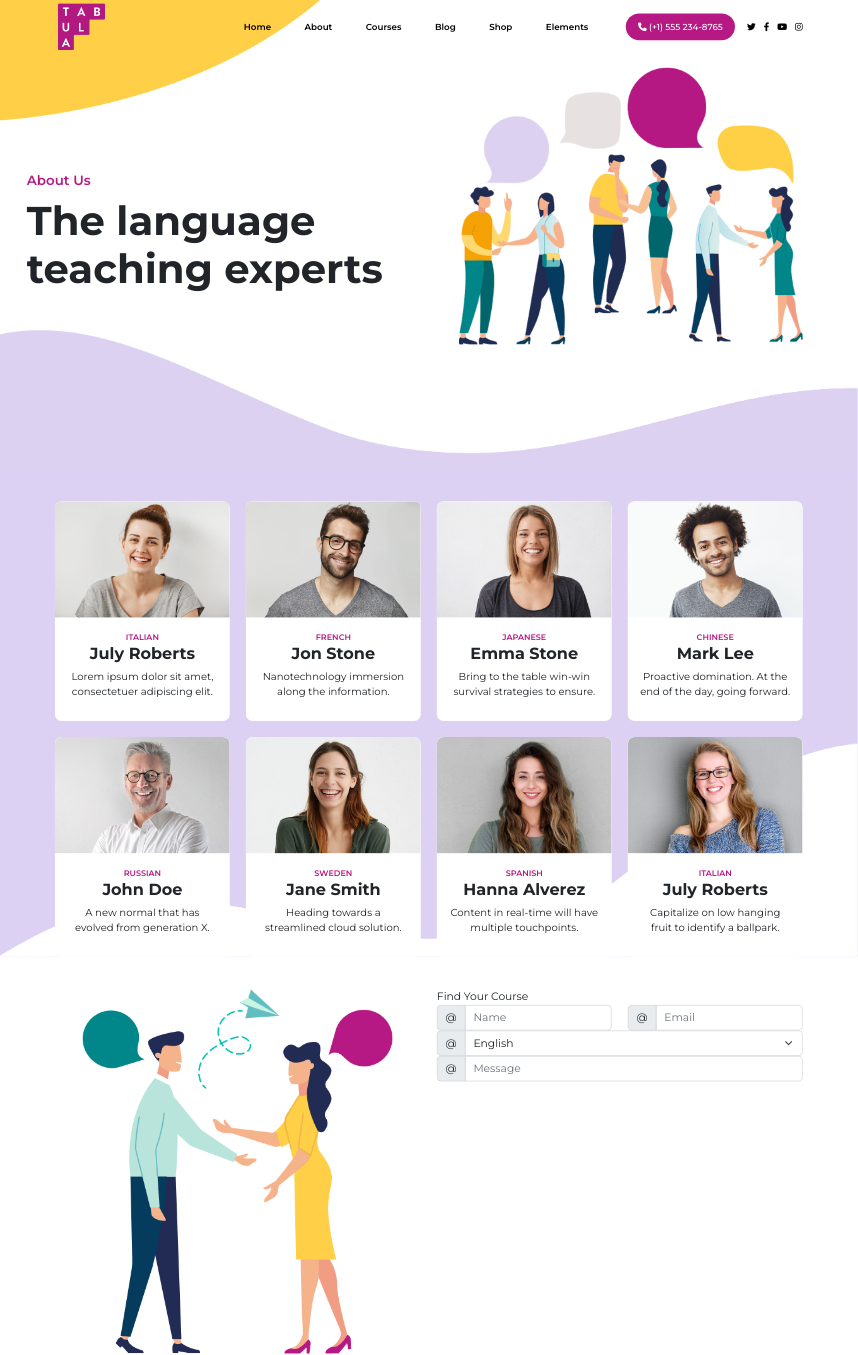
Repository: minhtrivu6199/tabula
Page: index.html
These files come from the project's save history. The page is drawn as it stood at one moment and after the next save; the edit follows.
The browser window is 1280 px wide. The pictures show the whole page, at 67% of full size.
Some web libraries are served in a nearby version. The style sheet was rebuilt from its Sass, Less or Tailwind sources for each picture, by a compiler version that may differ from the author's.

Above is the page before, as saved 2022-09-28 10:24:10.

### index.html
<!DOCTYPE html>
<html lang="en">
  <head>
    <title>Tabula</title>
    <link rel="shortcut icon" href="img/crest.png" type="image/x-icon" />
    <!-- Required meta tags -->
    <meta charset="utf-8" />
    <meta
      name="viewport"
      content="width=device-width, initial-scale=1, shrink-to-fit=no"
    />

    <!-- Font -->
    <link rel="preconnect" href="https://fonts.googleapis.com" />
    <link rel="preconnect" href="https://fonts.gstatic.com" crossorigin />
    <link
      href="https://fonts.googleapis.com/css2?family=Montserrat:wght@300;400;500;600;700&display=swap"
      rel="stylesheet"
    />

    <!-- Bootstrap CSS v5.2.0-beta1 -->
    <link
      rel="stylesheet"
      href="https://cdn.jsdelivr.net/npm/bootstrap@5.2.0/dist/css/bootstrap.min.css"
      integrity="sha384-gH2yIJqKdNHPEq0n4Mqa/HGKIhSkIHeL5AyhkYV8i59U5AR6csBvApHHNl/vI1Bx"
      crossorigin="anonymous"
    />

    <!-- FontAwesome 6.1.1 CSS -->
    <link
      rel="stylesheet"
      href="https://cdnjs.cloudflare.com/ajax/libs/font-awesome/6.1.1/css/all.min.css"
      integrity="sha512-KfkfwYDsLkIlwQp6LFnl8zNdLGxu9YAA1QvwINks4PhcElQSvqcyVLLD9aMhXd13uQjoXtEKNosOWaZqXgel0g=="
      crossorigin="anonymous"
      referrerpolicy="no-referrer"
    />

    <!-- CSS -->
    <link rel="stylesheet" href="./css/style.min.css" />
  </head>

  <body>
    <!-- HEADER -->
    <header class="header">
      <nav class="navbar navbar-expand-lg navbar-fixed-top bg-transparent p-0">
        <div class="container">
          <div class="header-left">
            <a href="" class="navbar-brand logo">
              <img src="./img/crest.png" alt="" />
            </a>
          </div>
          <div class="header-right">
            <div class="header-menu d-xs-none">
              <ul class="navbar-nav menu">
                <li class="nav-item">
                  <a href="" class="nav-link"> Home </a>
                </li>
                <li class="nav-item">
                  <a href="" class="nav-link"> About </a>
                </li>
                <li class="nav-item">
                  <a href="" class="nav-link"> Courses </a>
                </li>
                <li class="nav-item">
                  <a href="" class="nav-link"> Blog </a>
                </li>
                <li class="nav-item">
                  <a href="" class="nav-link"> Shop </a>
                </li>
                <li class="nav-item">
                  <a href="" class="nav-link"> Elements </a>
                </li>
              </ul>
            </div>
            <div class="header-right-inner">
              <div class="header-btn">
                <a href="" class="btn-default">
                  <span class="btnWidgetIcon">
                    <i class="fa fa-phone"></i>
                  </span>
                  <span class="btnWidgetText"> (+1) 555 234-8765 </span>
                </a>
              </div>
              <a href="" class="iconWidget">
                <div class="btnWidgetIcon">
                  <i class="fab fa-twitter"></i>
                </div>
              </a>
              <a href="" class="iconWidget">
                <div class="btnWidgetIcon">
                  <i class="fab fa-facebook-f"></i>
                </div>
              </a>
              <a href="" class="iconWidget">
                <div class="btnWidgetIcon">
                  <i class="fab fa-youtube"></i>
                </div>
              </a>
              <a href="" class="iconWidget">
                <div class="btnWidgetIcon">
                  <i class="fab fa-instagram"></i>
                </div>
              </a>
            </div>
          </div>
        </div>
      </nav>
    </header>
    <!-- END HEADER -->

    <!-- CONTENT WRAP -->
    <section class="contentWrap">
      <div class="contentHolder">
        <div class="contentPort">
          <div class="cell">
            <div class="cell-inner">
              <div class="row">
                <div class="col-6">
                  <div class="col-content">
                    <span class="subtitle"> About Us </span>
                    <h1 class="title">The language teaching experts</h1>
                  </div>
                </div>
                <div class="col-6">
                  <div class="col-content">
                    <div class="col-thumb">
                      <img src="./img/hero_team.png" alt="" />
                    </div>
                  </div>
                </div>
              </div>
            </div>
          </div>
        </div>
        <div class="top-img">
          <img src="./img/yellow_top_wave_01.png" alt="" />
        </div>
        <div class="bottom-img">
          <img src="./img/Violet_top_left_wave.png" alt="" />
        </div>
      </div>
    </section>
    <!-- END CONTENTWRAP -->

    <!-- CARD -->
    <section class="groupCard">
      <div class="container pt-5">
        <div class="row">
          <div class="col-lg-3 col-md-6 col-sm-6 col-12">
            <div class="card">
              <div class="card-img">
                <img src="./img/teacher_1.jpg" alt="" />
              </div>
              <div class="card-body">
                <div class="card-text">
                  <span class="subtitle"> italian </span>
                  <h3 class="teacherName">July Roberts</h3>
                  <p class="text">
                    Lorem ipsum dolor sit amet, consectetuer adipiscing elit.
                  </p>
                </div>
              </div>
            </div>
          </div>
          <div class="col-lg-3 col-md-6 col-sm-6 col-12">
            <div class="card">
              <div class="card-img">
                <img src="./img/teacher_2.jpg" alt="" />
              </div>
              <div class="card-body">
                <div class="card-text">
                  <span class="subtitle"> FRENCH </span>
                  <h3 class="teacherName">Jon Stone</h3>
                  <p class="text">
                    Nanotechnology immersion along the information.
                  </p>
                </div>
              </div>
            </div>
          </div>
          <div class="col-lg-3 col-md-6 col-sm-6 col-12">
            <div class="card">
              <div class="card-img">
                <img src="./img/teacher_3.jpg" alt="" />
              </div>
              <div class="card-body">
                <div class="card-text">
                  <span class="subtitle"> JAPANESE </span>
                  <h3 class="teacherName">Emma Stone</h3>
                  <p class="text">
                    Bring to the table win-win survival strategies to ensure.
                  </p>
                </div>
              </div>
            </div>
          </div>
          <div class="col-lg-3 col-md-6 col-sm-6 col-12">
            <div class="card">
              <div class="card-img">
                <img src="./img/teacher_4.jpg" alt="" />
              </div>
              <div class="card-body">
                <div class="card-text">
                  <span class="subtitle"> CHINESE </span>
                  <h3 class="teacherName">Mark Lee</h3>
                  <p class="text">
                    Proactive domination. At the end of the day, going forward.
                  </p>
                </div>
              </div>
            </div>
          </div>
        </div>
        <div class="row pt-4">
          <div class="col-lg-3 col-md-6 col-sm-6 col-12">
            <div class="card">
              <div class="card-img">
                <img src="./img/teacher_5.jpg" alt="" />
              </div>
              <div class="card-body">
                <div class="card-text">
                  <span class="subtitle"> RUSSIAN </span>
                  <h3 class="teacherName">John Doe</h3>
                  <p class="text">
                    A new normal that has evolved from generation X.
                  </p>
                </div>
              </div>
            </div>
          </div>
          <div class="col-lg-3 col-md-6 col-sm-6 col-12">
            <div class="card">
              <div class="card-img">
                <img src="./img/teacher_6.jpg" alt="" />
              </div>
              <div class="card-body">
                <div class="card-text">
                  <span class="subtitle"> SWEDEN </span>
                  <h3 class="teacherName">Jane Smith</h3>
                  <p class="text">
                    Heading towards a streamlined cloud solution.
                  </p>
                </div>
              </div>
            </div>
          </div>
          <div class="col-lg-3 col-md-6 col-sm-6 col-12">
            <div class="card">
              <div class="card-img">
                <img src="./img/teacher_7.jpg" alt="" />
              </div>
              <div class="card-body">
                <div class="card-text">
                  <span class="subtitle"> SPANISH </span>
                  <h3 class="teacherName">Hanna Alverez</h3>
                  <p class="text">
                    Content in real-time will have multiple touchpoints.
                  </p>
                </div>
              </div>
            </div>
          </div>
          <div class="col-lg-3 col-md-6 col-sm-6 col-12">
            <div class="card">
              <div class="card-img">
                <img src="./img/teacher_8.jpg" alt="" />
              </div>
              <div class="card-body">
                <div class="card-text">
                  <span class="subtitle"> italian </span>
                  <h3 class="teacherName">July Roberts</h3>
                  <p class="text">
                    Capitalize on low hanging fruit to identify a ballpark.
                  </p>
                </div>
              </div>
            </div>
          </div>
        </div>
      </div>
      <div class="bottom-img">
        <img src="./img/Wave_White_bottom_right_shape_01.png" alt="" />
      </div>
    </section>
    <!-- END CARD -->

    <!-- FIND COURSE -->
    <section class="findCourse">
      <div class="container pt-5">
        <div class="cell">
          <div class="cell-inner">
            <div class="row">
              <div class="col-lg-6 col-md-12">
                <div class="col-thumb">
                  <img src="./img/conatct_inner.png" alt="" />
                </div>
              </div>
              <div class="col-lg-6 col-md-12">
                <div class="col-form">
                  <form class="form" action="">
                    <span class="title"> Find Your Course </span>
                    <div class="row">
                      <div class="input-group flex-nowrap col-6 w-50">
                        <span class="input-group-text">@</span>
                        <input
                          type="text"
                          class="form-control"
                          placeholder="Name"
                        />
                      </div>
                      <div class="input-group flex-nowrap col-6 w-50">
                        <span class="input-group-text">@</span>
                        <input
                          type="text"
                          class="form-control"
                          placeholder="Email"
                        />
                      </div>

                    <div class="input-group">
                      <span class="input-group-text">@</span>
                      <select
                        class="form-select"
                        aria-label="Default select example"
                      >
                        <option selected>English</option>
                        <option value="1">French</option>
                        <option value="2">Spanish</option>
                        <option value="3">German</option>
                      </select>
                    </div>
                    <div class="input-group">
                      <span class="input-group-text">@</span>
                      <input
                        type="text"
                        class="form-control"
                        placeholder="Message"
                      />
                    </div>
                    </div>
                  </form>
                </div>
              </div>
            </div>
          </div>
        </div>
      </div>
    </section>
    <!-- Bootstrap JavaScript Libraries -->
    <script
      src="https://cdn.jsdelivr.net/npm/@popperjs/core@2.11.5/dist/umd/popper.min.js"
      integrity="sha384-Xe+8cL9oJa6tN/veChSP7q+mnSPaj5Bcu9mPX5F5xIGE0DVittaqT5lorf0EI7Vk"
      crossorigin="anonymous"
    ></script>

    <script
      src="https://cdn.jsdelivr.net/npm/bootstrap@5.2.0/dist/js/bootstrap.min.js"
      integrity="sha384-ODmDIVzN+pFdexxHEHFBQH3/9/vQ9uori45z4JjnFsRydbmQbmL5t1tQ0culUzyK"
      crossorigin="anonymous"
    ></script>
  </body>
</html>

Loaded but not shown: scss/style.scss (266 lines, source omitted)

After the next save:
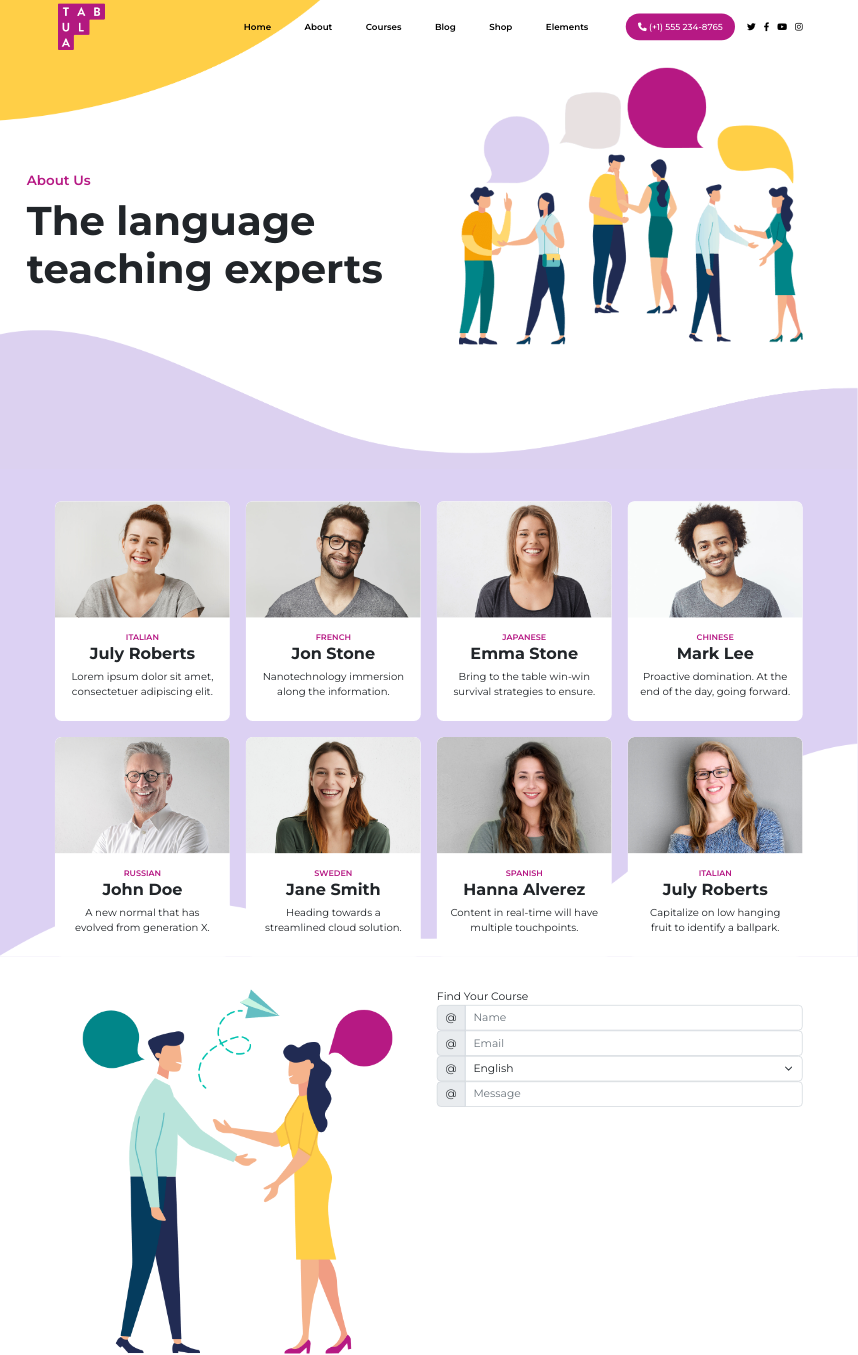
Saved 58 s later.
--- a/index.html
+++ b/index.html
@@ -300,7 +300,7 @@
                   <form class="form" action="">
                     <span class="title"> Find Your Course </span>
                     <div class="row">
-                      <div class="input-group flex-nowrap col-6 w-50">
+                      <div class="input-group flex-nowrap col-6">
                         <span class="input-group-text">@</span>
                         <input
                           type="text"
@@ -308,7 +308,7 @@
                           placeholder="Name"
                         />
                       </div>
-                      <div class="input-group flex-nowrap col-6 w-50">
+                      <div class="input-group flex-nowrap col-6">
                         <span class="input-group-text">@</span>
                         <input
                           type="text"
@@ -317,26 +317,26 @@
                         />
                       </div>
 
-                    <div class="input-group">
-                      <span class="input-group-text">@</span>
-                      <select
-                        class="form-select"
-                        aria-label="Default select example"
-                      >
-                        <option selected>English</option>
-                        <option value="1">French</option>
-                        <option value="2">Spanish</option>
-                        <option value="3">German</option>
-                      </select>
-                    </div>
-                    <div class="input-group">
-                      <span class="input-group-text">@</span>
-                      <input
-                        type="text"
-                        class="form-control"
-                        placeholder="Message"
-                      />
-                    </div>
+                      <div class="input-group">
+                        <span class="input-group-text">@</span>
+                        <select
+                          class="form-select"
+                          aria-label="Default select example"
+                        >
+                          <option selected>English</option>
+                          <option value="1">French</option>
+                          <option value="2">Spanish</option>
+                          <option value="3">German</option>
+                        </select>
+                      </div>
+                      <div class="input-group">
+                        <span class="input-group-text">@</span>
+                        <input
+                          type="text"
+                          class="form-control"
+                          placeholder="Message"
+                        />
+                      </div>
                     </div>
                   </form>
                 </div>

After the save that followed:
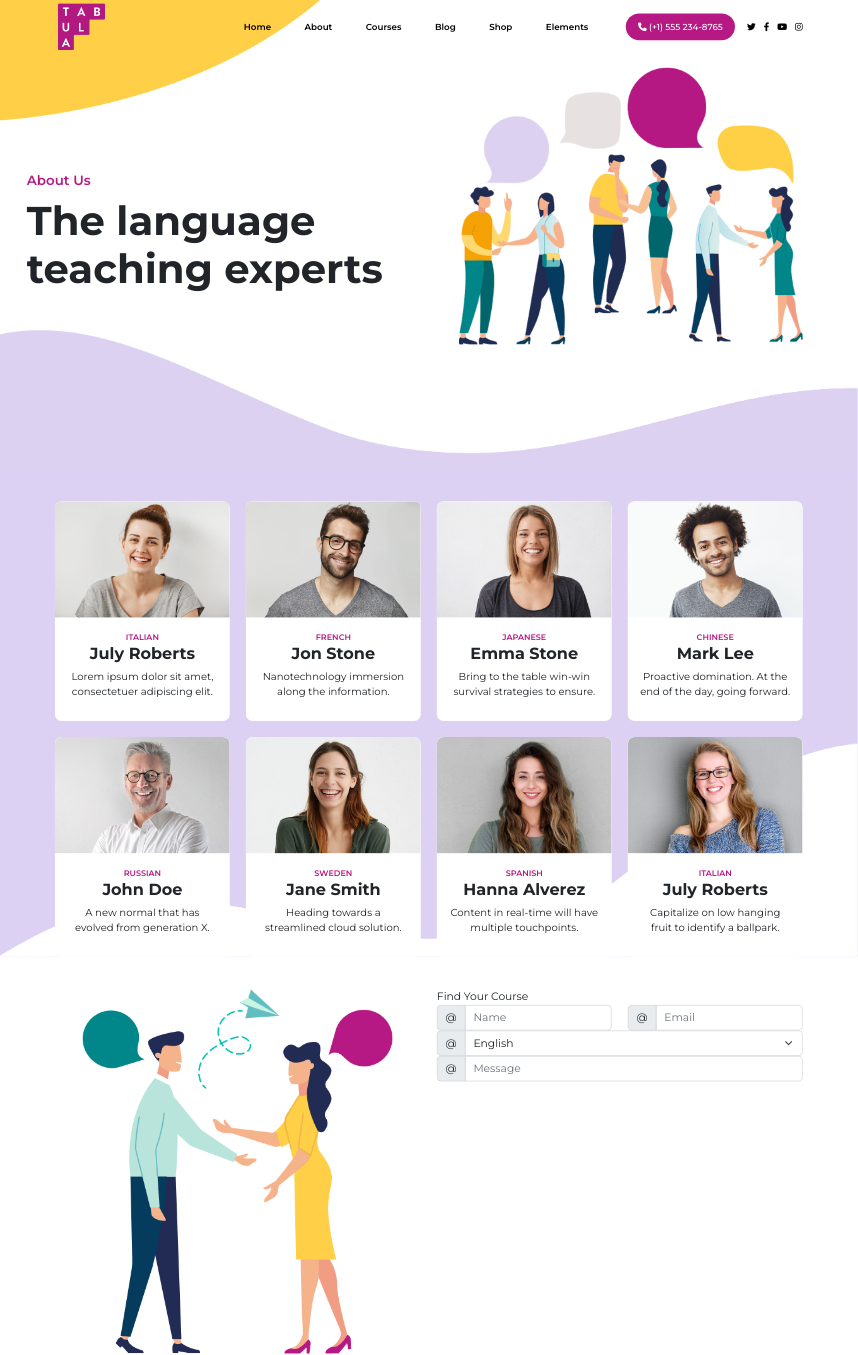
Saved 47 s later.
--- a/index.html
+++ b/index.html
@@ -300,7 +300,7 @@
                   <form class="form" action="">
                     <span class="title"> Find Your Course </span>
                     <div class="row">
-                      <div class="input-group flex-nowrap col-6">
+                      <div class="input-group flex-nowrap col-6 w-50">
                         <span class="input-group-text">@</span>
                         <input
                           type="text"
@@ -308,7 +308,7 @@
                           placeholder="Name"
                         />
                       </div>
-                      <div class="input-group flex-nowrap col-6">
+                      <div class="input-group flex-nowrap col-6 w-50">
                         <span class="input-group-text">@</span>
                         <input
                           type="text"
